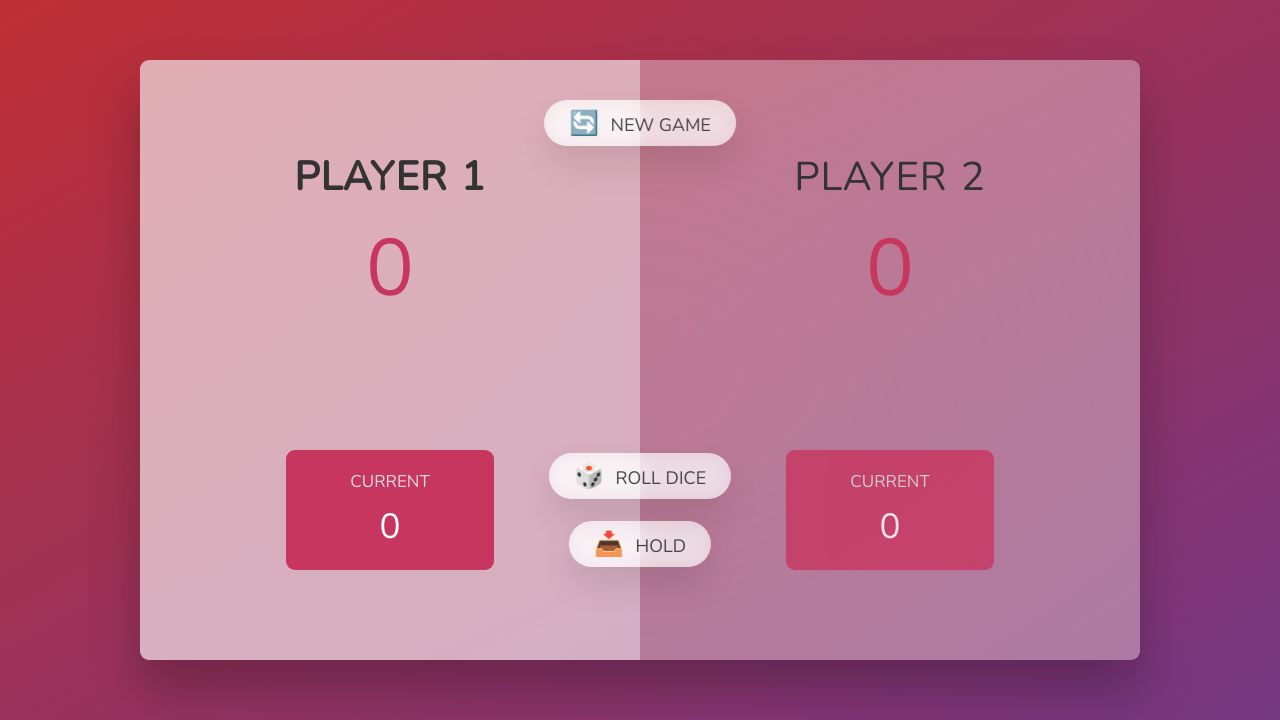
Repository: AbanoubSamyTawfek2002/pig-game
Page: index.html
The author's editor kept a copy of each file at every save. The page is drawn from the files as they stood at one save, then again after the next save.
The browser window is 1280 px wide. The pictures show the whole page.

Above is the page before, as saved 2025-09-27 00:47:53.

After the next save:
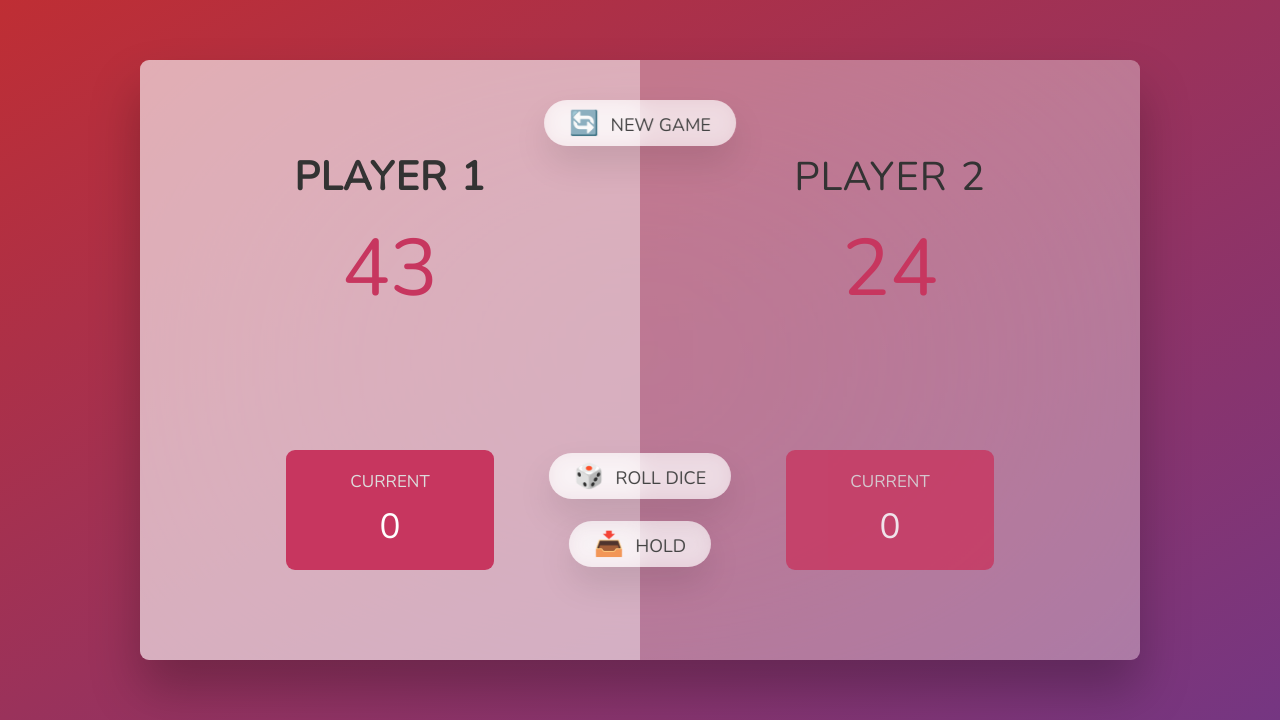
Saved 3 min 37 s later.
--- a/script.js
+++ b/script.js
@@ -1,5 +1,5 @@
 'use strict';
 
-const hiddeScore1 = (document.getElementById('score--0').textContent = 0);
-const hiddeScore2 = (document.getElementById('score--1').textContent = 0);
+const hiddeScore1 = document.getElementById('score--0').textContent;
+const hiddeScore2 = document.getElementById('score--1').textContent;
 const hiddeDice = document.querySelector('.dice').classList.add('hidden');
